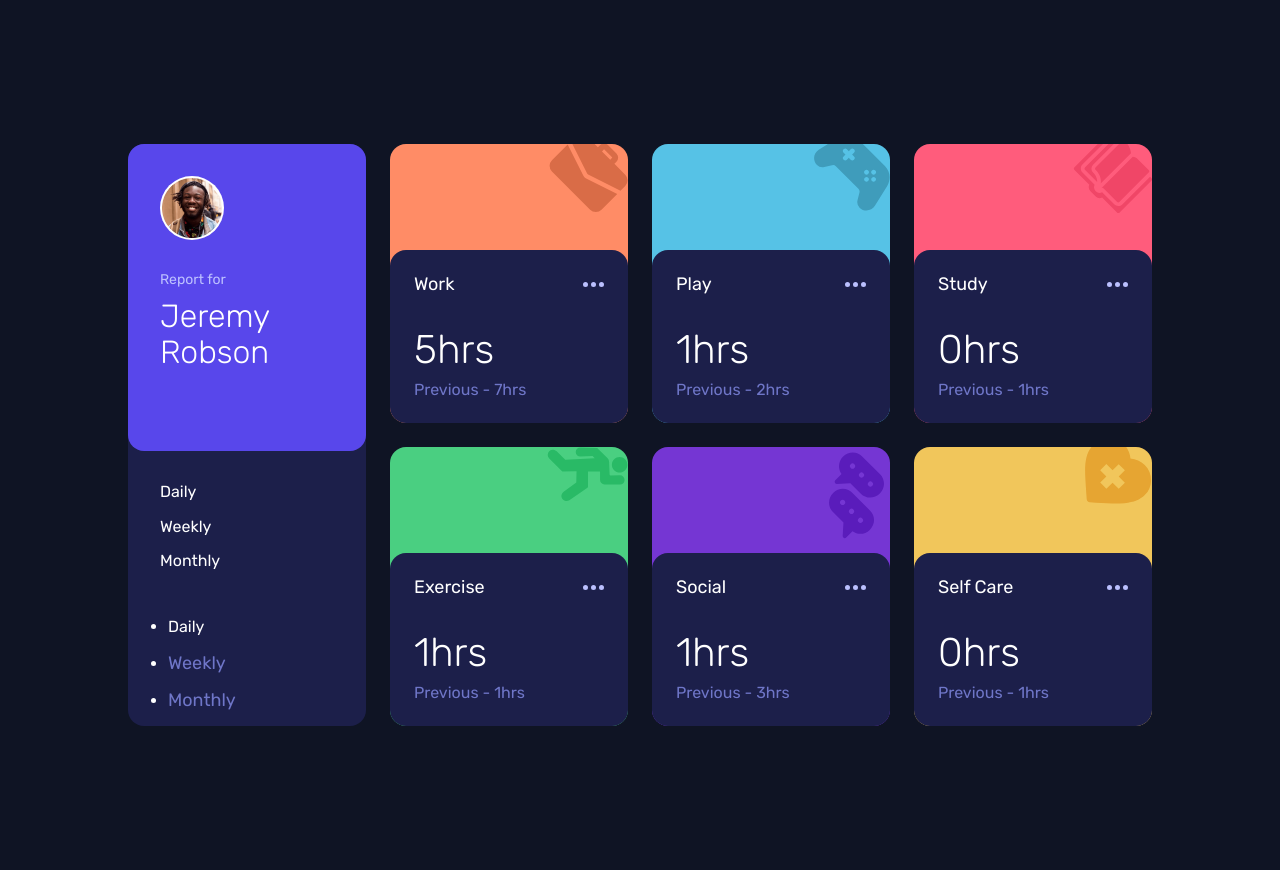
Repository: Jay-JYKim91/FM_time-tracking-dashboard
Page: index.html
An editor plug-in stored every save of this project. The page is shown before and after the next save, followed by the edit.
The browser window is 1280 px wide. The pictures show the whole page.

Above is the page before, as saved 2021-12-16 13:00:25.

### index.html
<!DOCTYPE html>
<html lang="en">
<head>
  <meta charset="UTF-8">
  <meta name="viewport" content="width=device-width, initial-scale=1.0"> <!-- displays site properly based on user's device -->

  <link rel="icon" type="image/png" sizes="32x32" href="./images/favicon-32x32.png">

  <title>Time tracking dashboard</title>
  <link rel="stylesheet" href="https://cdnjs.cloudflare.com/ajax/libs/normalize/8.0.1/normalize.min.css" integrity="sha512-NhSC1YmyruXifcj/KFRWoC561YpHpc5Jtzgvbuzx5VozKpWvQ+4nXhPdFgmx8xqexRcpAglTj9sIBWINXa8x5w==" crossorigin="anonymous" referrerpolicy="no-referrer" />
  <link rel="preconnect" href="https://fonts.googleapis.com">
  <link rel="preconnect" href="https://fonts.gstatic.com" crossorigin>
  <link href="https://fonts.googleapis.com/css2?family=Rubik:wght@300;400;500&display=swap" rel="stylesheet">
  <link rel="stylesheet" href="style.css">
  <script src="main.js" defer></script>
</head>
<body>
  <section class="container">
    <article class="card profile-card">
        <div class="profile-card--name">
          <div class="profile-img-box">
            <img src="./images/image-jeremy.png" alt="jeremy" class="profile-img">
          </div>
          <p>Report for</p>
          <p class="name">Jeremy Robson</p>
        </div>
        <div class="option">
          <input type="radio" name="duration" value="daily" id="daily"  data-time="date" checked>
          <label for="daily" class="change-duration" id="daily-label">Daily</label>
          <input type="radio" name="duration" value="weekly" id="weekly" data-time="week">
          <label for="weekly" class="change-duration" id="weekly-label">Weekly</label>
          <input type="radio" name="duration" value="monthly" id="monthly" data-time="month">
          <label for="monthly" class="change-duration" id="monthly-label">Monthly</label>
        </div>
        <ul>
          <li>Daily</li>
          <li><a href="">Weekly</a></li>
          <li><a href="">Monthly</a></li>
        </ul>
    </article>
    <article class="card feature-card work-bg">
      <div class="card feature-card--text">
        <div class="title-wrapper">
          <p class="title">Work</p>
          <img src="./images/icon-ellipsis.svg" alt="ellipsis">
        </div>
        <p class="time">5hrs</p>
        <p class="previous-time">Previous - 7hrs</p>
      </div>
    </article>
    <article class="card feature-card play-bg">
      <div class="card feature-card--text">
        <div class="title-wrapper">
          <p class="title">Play</p>
          <img src="./images/icon-ellipsis.svg" alt="ellipsis">
        </div>
        <p class="time">1hrs</p>
        <p class="previous-time">Previous - 2hrs</p>
      </div>
    </article>
    <article class="card feature-card study-bg">
      <div class="card feature-card--text">
        <div class="title-wrapper">
          <p class="title">Study</p>
          <img src="./images/icon-ellipsis.svg" alt="ellipsis">
        </div>
        <p class="time">0hrs</p>
        <p class="previous-time">Previous - 1hrs</p>
      </div>
    </article>
    <article class="card feature-card exercise-bg">
      <div class="card feature-card--text">
        <div class="title-wrapper">
          <p class="title">Exercise</p>
          <img src="./images/icon-ellipsis.svg" alt="ellipsis">
        </div>
        <p class="time">1hrs</p>
        <p class="previous-time">Previous - 1hrs</p>
      </div>
    </article>
    <article class="card feature-card social-bg">
      <div class="card feature-card--text">
        <div class="title-wrapper">
          <p class="title">Social</p>
          <img src="./images/icon-ellipsis.svg" alt="ellipsis">
        </div>
        <p class="time">1hrs</p>
        <p class="previous-time">Previous - 3hrs</p>
      </div>
    </article>
    <article class="card feature-card self-care-bg">
      <div class="card feature-card--text">
        <div class="title-wrapper">
          <p class="title">Self Care</p>
          <img src="./images/icon-ellipsis.svg" alt="ellipsis">
        </div>
        <p class="time">0hrs</p>
        <p class="previous-time">Previous - 1hrs</p>
      </div>
    </article>
  </section>








  <!-- <div class="attribution">
    Challenge by <a href="https://www.frontendmentor.io?ref=challenge" target="_blank">Frontend Mentor</a>.
    Coded by <a href="#">Your Name Here</a>.
  </div> -->
</body>
</html>

### style.css
:root {
  --body-font: "Rubik", sans-serif;

  --blue: hsl(246, 80%, 60%);
  --light-red-work: hsl(15, 100%, 70%);
  --soft-blue-play: hsl(195, 74%, 62%);
  --light-red-study: hsl(348, 100%, 68%);
  --lime-green-exercise: hsl(145, 58%, 55%);
  --violet-social: hsl(264, 64%, 52%);
  --soft-orange-self-care: hsl(43, 84%, 65%);
  --very-dark-blue: hsl(226, 43%, 10%);
  --dark-blue: hsl(235, 46%, 20%);
  --desaturated-blue: hsl(235, 45%, 61%);
  --pale-blue: hsl(236, 100%, 87%);
}
body {
  background-color: var(--very-dark-blue);
  color: white;
  font-family: var(--body-font);
}
a {
  text-decoration: none;
  color: white;
}
p {
  margin: 0;
}
.container {
  width: 80vw;
  margin: 20vh auto;
  display: grid;
  grid-template-columns: repeat(4, 1fr);
  gap: 1.5em;
}
.card {
  border-radius: 1em;
  background-color: var(--dark-blue);
}
.profile-card {
  grid-row: 1 / 3;
}
/* .profile-card ul {
  list-style: none;
  padding-left: 2em;
  margin: 2em 0;
} */
.option {
  display: grid;
  padding: 2em;
  grid-gap: 1em;
}
.option input[type="radio"] {
  display: none;
}
.profile-card--name {
  background-color: var(--blue);
  padding: 2em;
  border-radius: 1em;
}
.profile-card--name p {
  color: var(--pale-blue);
  margin: 0;
  font-size: 14px;
}
.profile-card--name .name {
  color: white;
  font-size: 2rem;
  font-weight: 300;
  margin: 0.3em 0 1.5em 0;
}
.profile-img-box {
  width: 64px;
  height: 64px;
  border-radius: 50%;
  background-color: white;
  margin-bottom: 2em;
}
.profile-img {
  width: 60px;
  margin: 2px;
}
.profile-card li {
  margin-bottom: 1em;
}
.profile-card li a {
  font-size: 18px;
  color: var(--desaturated-blue);
}
.feature-card {
  position: relative;
  background-repeat: no-repeat;
  background-position: top right;
  background-position-y: -10px;
}
.feature-card--text {
  position: absolute;
  bottom: 0;
  width: -webkit-fill-available;
  padding: 1.5em;
}
.title-wrapper {
  display: flex;
  justify-content: space-between;
  align-items: center;
}
.title-wrapper .title {
  font-size: 1.125rem;
  font-weight: 400;
  margin: 0;
}
.title-wrapper img {
  /* height: fit-content; */
}
.time {
  font-size: 2.5rem;
  margin: 0.8em 0 0.2em 0;
  font-weight: 300;
}
.previous-time {
  color: var(--desaturated-blue);
}

.work-bg {
  background-image: url("./images/icon-work.svg");
  background-color: var(--light-red-work);
}
.play-bg {
  background-image: url("./images/icon-play.svg");
  background-color: var(--soft-blue-play);
}
.exercise-bg {
  background-image: url("./images/icon-exercise.svg");
  background-color: var(--lime-green-exercise);
  background-position-y: 0;
}
.self-care-bg {
  background-image: url("./images/icon-self-care.svg");
  background-color: var(--soft-orange-self-care);
}
.social-bg {
  background-image: url("./images/icon-social.svg");
  background-color: var(--violet-social);
  background-position-y: 0;
}
.study-bg {
  background-image: url("./images/icon-study.svg");
  background-color: var(--light-red-study);
}
@media (min-width: 768px) and (max-width: 1023px) {
}

@media (max-width: 767px) {
}

### main.js
// function display(el) {
//     console.log(el.target);
// }

After the next save:
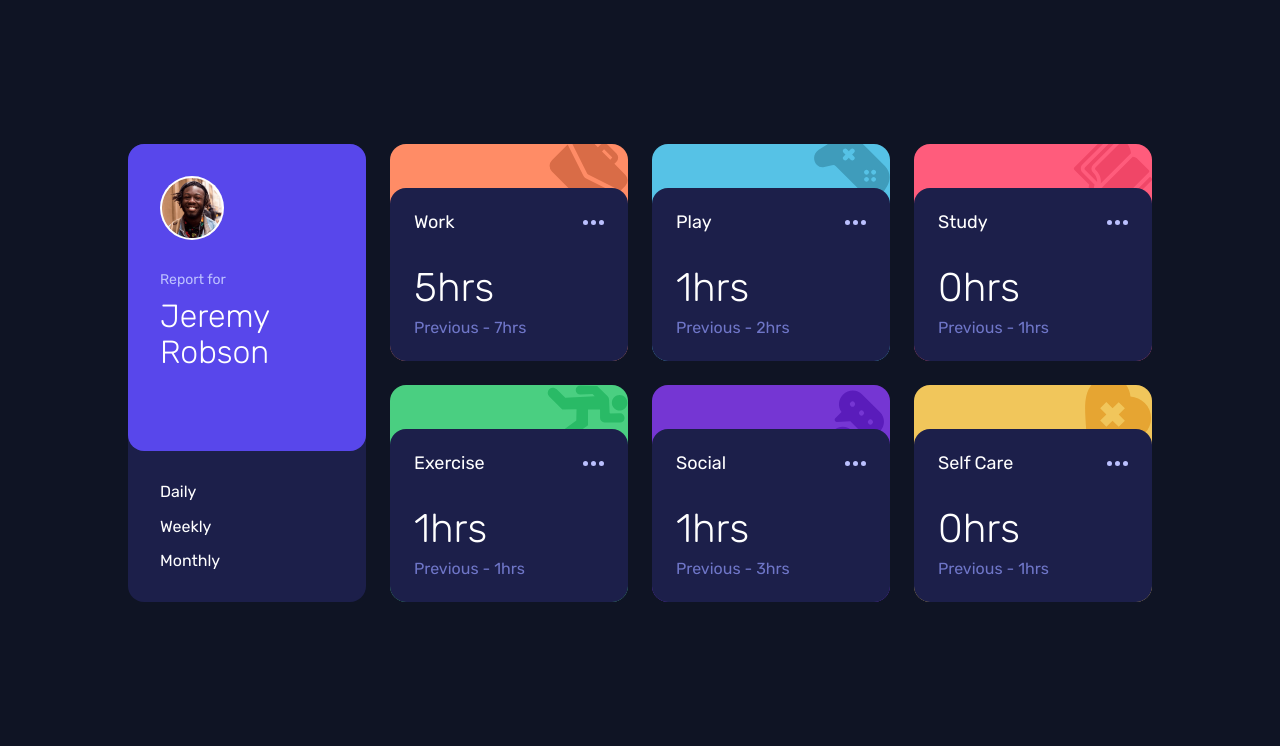
Saved 8 s later.
--- a/index.html
+++ b/index.html
@@ -32,11 +32,11 @@
           <input type="radio" name="duration" value="monthly" id="monthly" data-time="month">
           <label for="monthly" class="change-duration" id="monthly-label">Monthly</label>
         </div>
-        <ul>
+        <!-- <ul>
           <li>Daily</li>
           <li><a href="">Weekly</a></li>
           <li><a href="">Monthly</a></li>
-        </ul>
+        </ul> -->
     </article>
     <article class="card feature-card work-bg">
       <div class="card feature-card--text">
